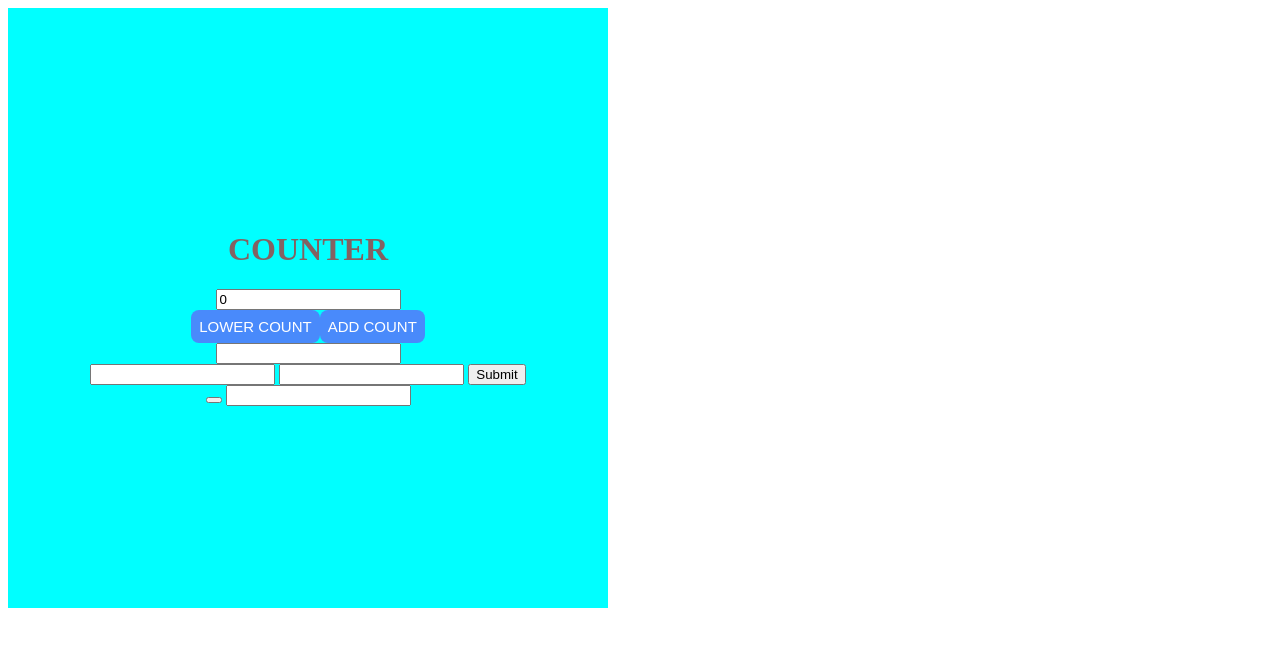
Repository: sedashahnazaryan/Caunter
Page: index.html
An editor plug-in stored every save of this project. The page is shown before and after a run of saves, followed by the edit.
The browser window is 1280 px wide. The pictures show the whole page.

Above is the page before, as saved 2022-02-15 00:04:36.

### index.html
<!DOCTYPE html>
<html lang="en">
<head>
    <meta charset="UTF-8">
    <meta http-equiv="X-UA-Compatible" content="IE=edge">
    <meta name="viewport" content="width=device-width, initial-scale=1.0">
    <title>Caunter</title>
    <link rel="stylesheet" href="./index.css">
</head>

<body>
    <div class="container">

        <h1 class="counter">COUNTER</h1>
    <input class="item1"id="input" type="text" value="0">
    <div class="btn-item">
        <button id="lower" onclick="">LOWER COUNT </button>
        <button id ="add">ADD COUNT</button>
    </div>

    <input id ="result" type="text">
    <div class="add-item">
        <input id="num1" type="text">
        <input id="num2" type="text">
        <button id="submit">Submit</button>
    </div>

    <div class="item1">
        <button id ="start"></button>
<input id ="stop" type="text">
    </div>
    </div>

   <script src="./index.js"></script>
</body>
</html>

### index.css




.container{
  display: flex;
  height: 600px;
  width: 600px;
  justify-content: center;
  align-items: center;
  background-color: aqua;
  flex-direction: column;
}

.counter{
color: rgba(151, 75, 75, 0.87);

}



.btn-item{
    display: flex;
    justify-content: center;
}
#add,#lower {
    background-color: #498AFB;
    color: white;
    padding: 8px;
    border-radius: 8px;
    border: none;
    font-size: 15px;

    cursor: pointer;

}
/* #lower {
    background-color: #498AFB;
    color: white;
    padding: 8px;
    border-radius: 8px;
    border: none;
    font-size: 15px;
    cursor: pointer; */

### index.js
let counterDisplayElem = document.getElementById('input');
let counterMinusElem = document.getElementById('lower');
let counterPlusElem = document.getElementById('add');
let result=document.getElementById('result');
let num1 =document.getElementById('num1');
let num2 =document.getElementById('num2');
let submit=document.getElementById('submit');



counterPlusElem.addEventListener("click",()=>{
    counterDisplayElem.value++;
}) ;

counterMinusElem.addEventListener("click",()=>{
    counterDisplayElem.value--;
});

function curry(a){
    return function(b){
       return a+b;
    }

};
submit.addEventListener('click',()=>{
result.value=curry(+num1.value)(+num2.value);

});

After the next 4 saves:
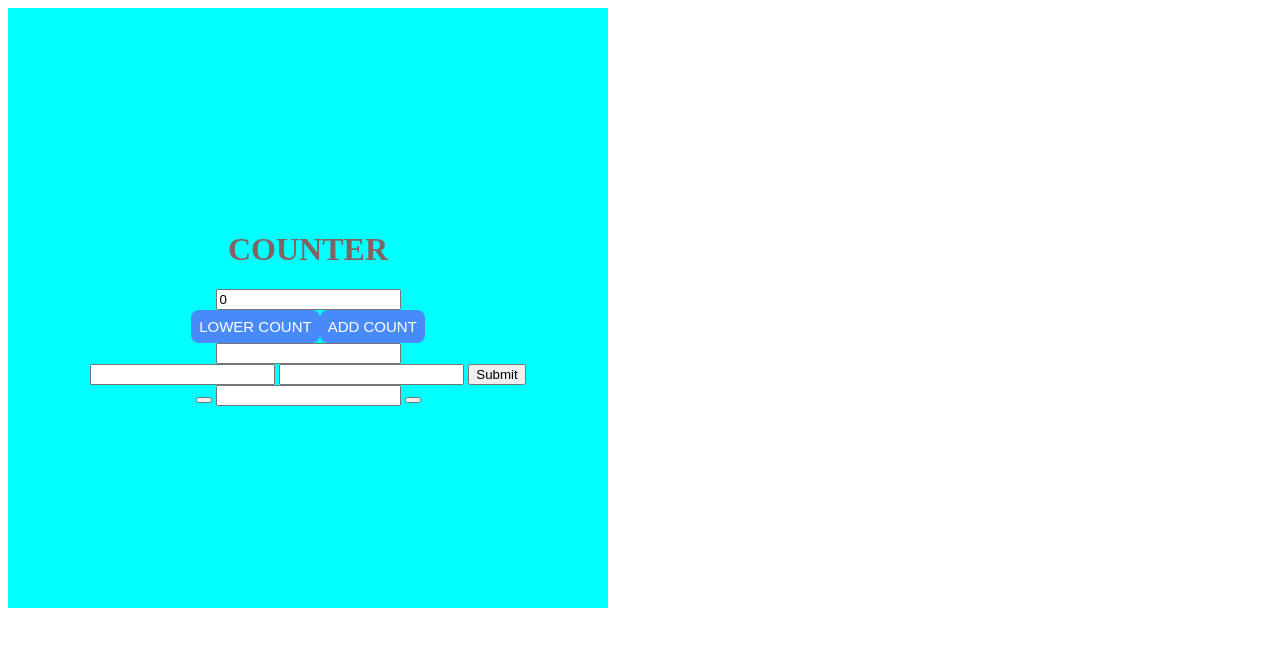
The 4 saves are shown as one change because they came seconds apart.
The last was saved 14 s later.
--- a/index.html
+++ b/index.html
@@ -27,7 +27,8 @@
 
     <div class="item1">
         <button id ="start"></button>
-<input id ="stop" type="text">
+         <input id ="stop" type="text">
+<button id ="start"></button>
     </div>
     </div>
 
